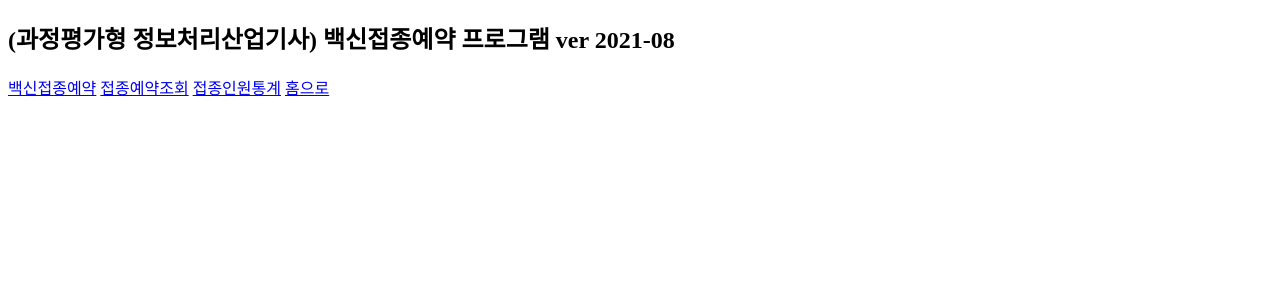
Repository: functional-Kimgyutae/IndustrialEngineerInformationProcessing
Page: http://localhost/HRD_30606/
The author's editor kept a copy of each file at every save. The page is drawn from the files as they stood at one save, then again after the next save.
The browser window is 1280 px wide. The pictures show the whole page.
The page is served by Tomcat 9.

Above is the page before, as saved 2022-04-26 00:36:44.

After the next save:
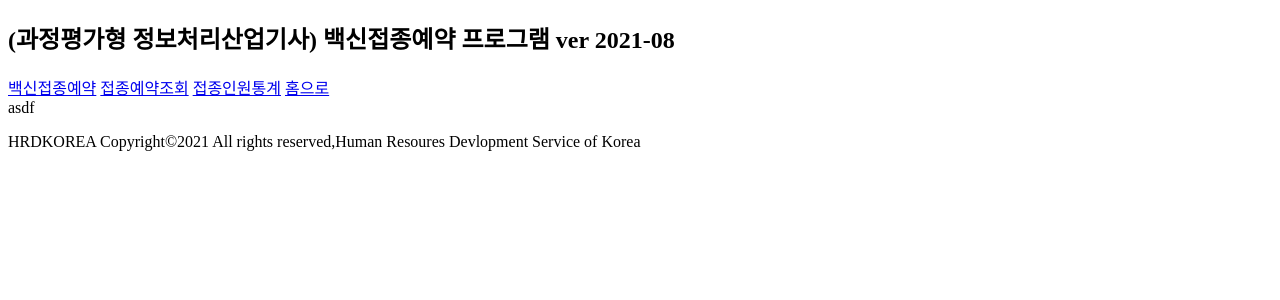
Saved 12 s later.
--- a/HRDKOREA/HRD_30606/WebContent/index.jsp
+++ b/HRDKOREA/HRD_30606/WebContent/index.jsp
@@ -2,3 +2,8 @@
     pageEncoding="UTF-8"%>
 
     <%@include file="header.jsp" %>
+
+    <section>
+    asdf
+    </section>
+    <%@include file="footer.jsp" %>
